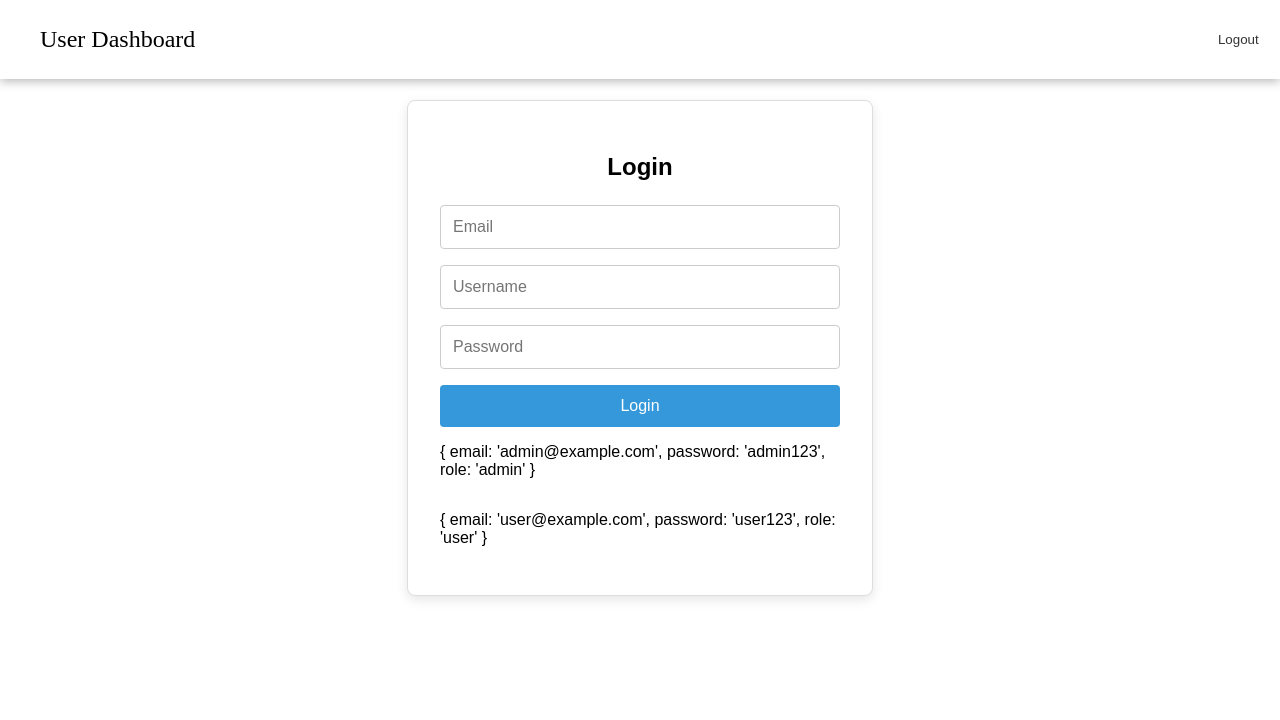
Repository: Edmund-Kiama/todoPHP
Page: / (app in task-manager-frontend/)
An editor plug-in stored every save of this project. The page is shown before and after the next save, followed by the edit.
The browser window is 1280 px wide. The pictures show the whole page.
The project was rebuilt for these pictures with package versions that can differ from the ones it lists, and the page was loaded fresh each time. Also part of the build but not shown: task-manager-frontend/vite.config.js, task-manager-frontend/src/components/Admin/admin.css, task-manager-frontend/src/components/Admin/AdminDashboard.vue, task-manager-frontend/src/components/User/user.css, task-manager-frontend/src/components/User/UserDashboard.vue, task-manager-frontend/src/components/Auth/signup.css, task-manager-frontend/src/components/Auth/Signup.vue.

Above is the page before, as saved 2025-07-12 22:49:34.

After the next save:
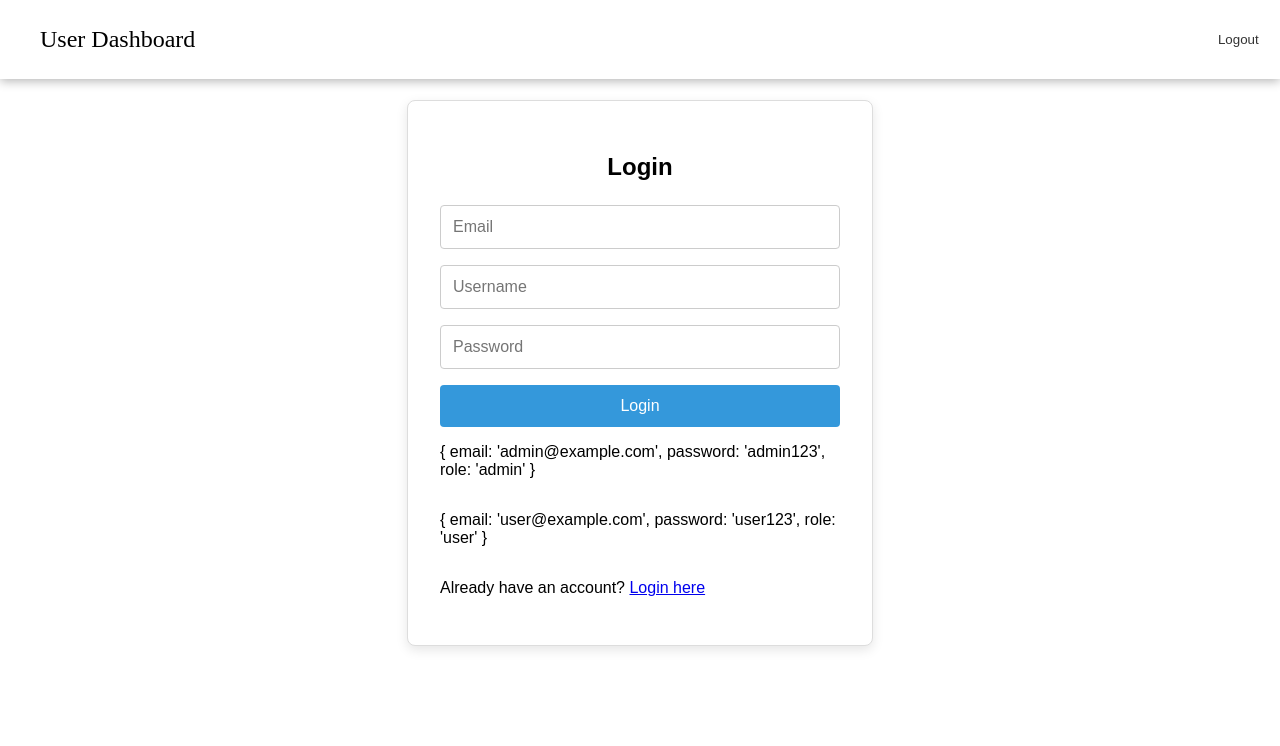
Saved 29 s later.
--- a/task-manager-frontend/src/components/Auth/Login.vue
+++ b/task-manager-frontend/src/components/Auth/Login.vue
@@ -36,6 +36,10 @@
             <p v-if="error" class="error">{{ error }}</p>
             <p>{ email: 'admin@example.com', password: 'admin123', role: 'admin' }</p>
             <p>{ email: 'user@example.com', password: 'user123', role: 'user' }</p>
+            <p class="toggle">
+                Already have an account?
+                <router-link to="/">Login here</router-link>
+            </p>
         </form>
     </div>
 </template>
